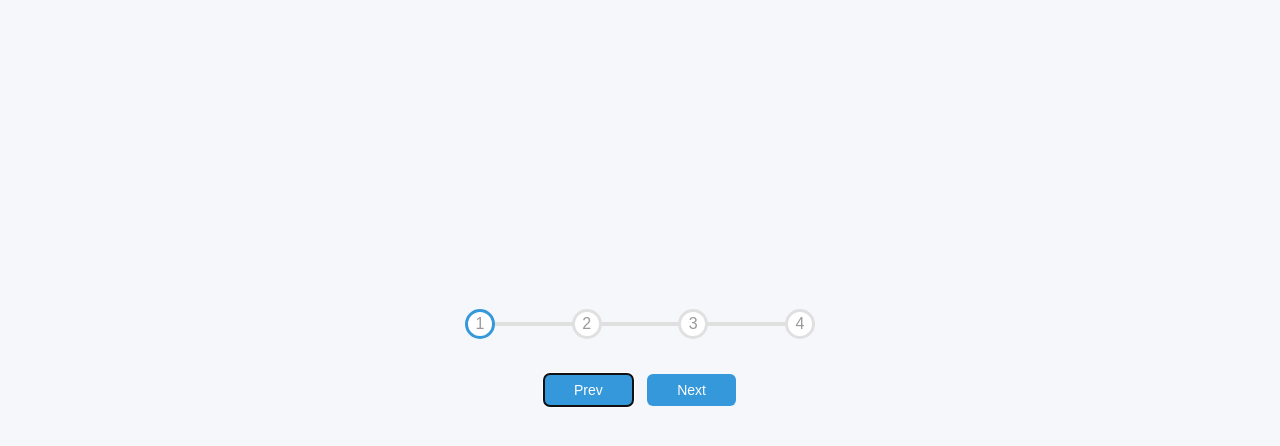
Repository: aobeid1979/Progress-Steps
Page: index.html
The author's editor kept a copy of each file at every save. The page is drawn from the files as they stood at one save, then again after a run of saves.
The browser window is 1280 px wide. The pictures show the whole page.
The first visible `.btn` has the focus.
Some web fonts or font styles are not loaded; a fallback is used.

Above is the page before, as saved 2024-06-03 21:15:18.

### index.html
<!DOCTYPE html>
<html lang="en">
<head>
    <meta charset="UTF-8">
    <meta name="viewport" content="width=device-width, initial-scale=1.0">
    <link rel="stylesheet" href="style.css">
    <title>Progress Steps</title>
</head>
<body>
    <div class="container">
        <div class="progress-container">
            <div class="progress" id="progress"></div>
            <div class="circle active">1</div>
            <div class="circle">2</div>
            <div class="circle">3</div>
            <div class="circle">4</div>
        </div>

        <button class="btn" id="prev" disabled>Prev</button>
        <button class="btn" id="next">Next</button>
    </div>


    <script src="script.js"></script>

</body>
</html>

### style.css
@import url('https://fonts.googleapis.com/css?family=Muli&display=swap');

:root {
    --line-border-fill: #3498db;
    --line-border-empty: #e0e0e0;
}


* {
    box-sizing: border-box;
}

body {
    background-color: #f6f7fb;
    font-family: 'Muli', sans-serif;
    display: flex;
    flex-direction: column;
    align-items: center;
    justify-content: center;
    height: 100vh;
    overflow: hidden;
    margin: 0;
}

.container {
    text-align: center;
}

.progress-container {
    display: flex;
    justify-content: space-between;
    position: relative;
    margin-bottom: 30px;
    max-width: 100%;
    width: 350px;
}

.progress-container::before {
    content:'';
    background-color: var(--line-border-empty);
    position: absolute;
    top: 50%;
    left: 0;
    transform: translateY(-50%);
    height: 4px;
    width: 100%;
    z-index: -1;
}

.progress {
    background-color: var(--line-border-fill);
    position: absolute;
    top: 50%;
    left: 0;
    transform: translateY(-50%);
    height: 4px;
    width: 0%;
    z-index: -1;
    transition: 0.4s ease;
}

.circle {
    background-color: #fff;
    color: #999;
    border-radius: 50%;
    height: 30px;
    width: 30px;
    display: flex;
    align-items: center;
    justify-content: center;
    border: 3px solid var(--line-border-empty);
    transition: .4sec ease;
}

.circle.active {
    border-color: var(--line-border-fill)
}

.btn {
    background-color: var(--line-border-fill);
    color: #fff;
    border: 0;
    border-radius: 6px;
    cursor: pointer;
    font-family: inherit;
    padding: 8px 30px;
    margin: 5px;
    font-size: 14px;
}

.btn:active  {
    transform: scale(0.98);
}

.btn:focus {

}

Loaded but not shown: script.js (no copy from this time; the picture is the same without it)

After the next 3 saves:
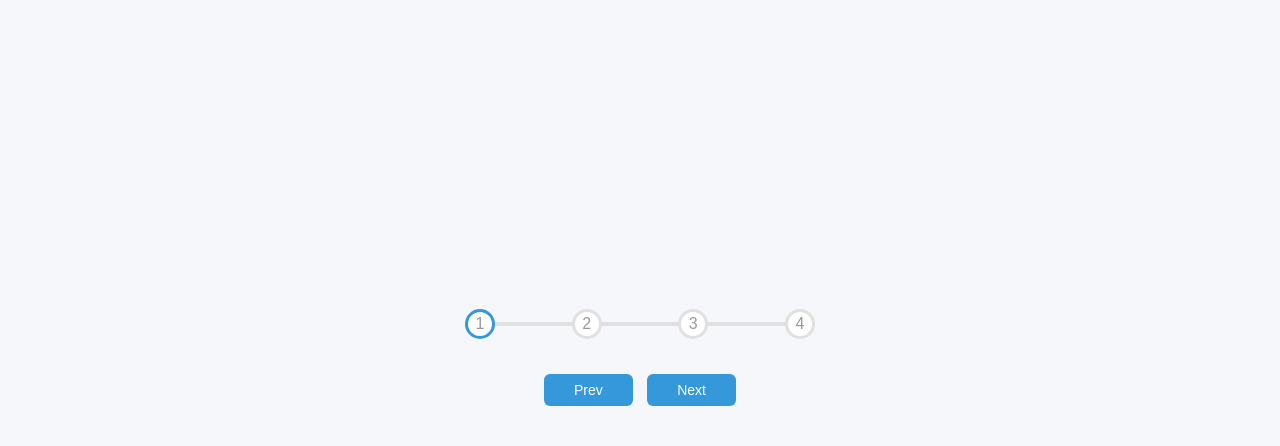
The 3 saves are shown as one change because they came seconds apart.
The last was saved 8 s later.
--- a/style.css
+++ b/style.css
@@ -93,5 +93,5 @@ body {
 }
 
 .btn:focus {
-
+    outline: 0;
 }
